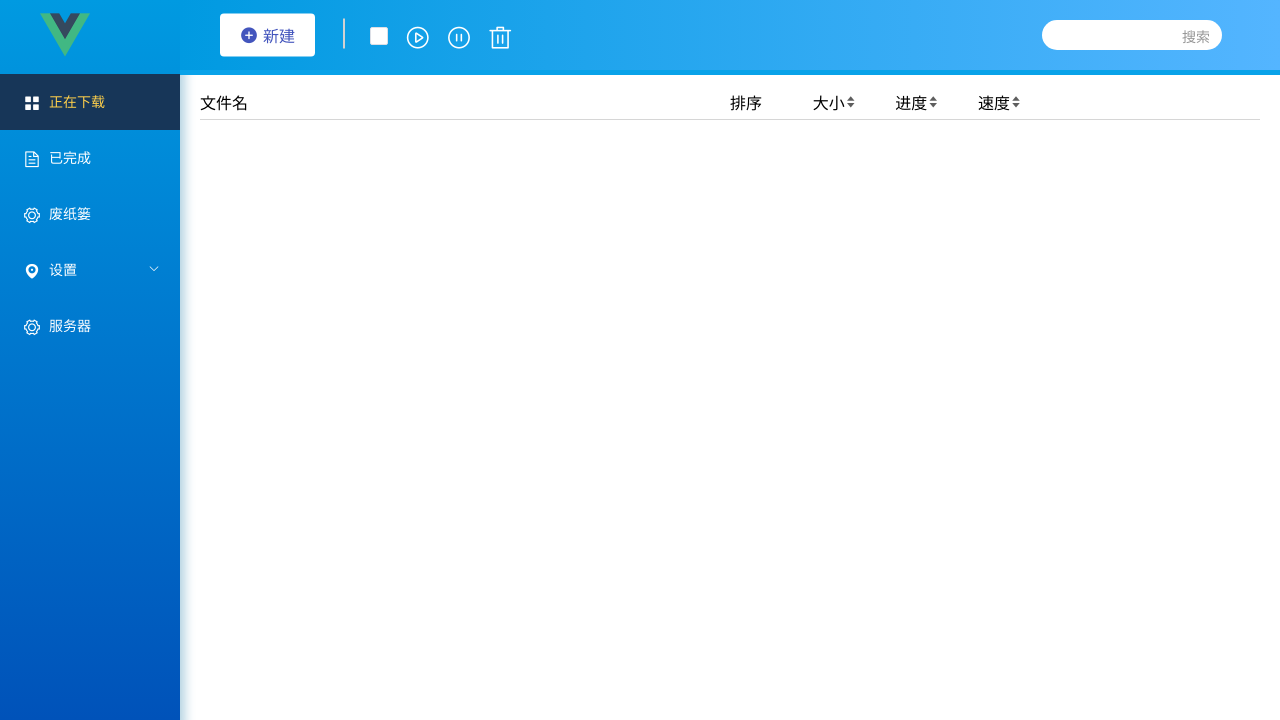
Repository: Ahui-qn/Aria2
Page: /
The author's editor kept a copy of each file at every save. The page is drawn from the files as they stood at one save, then again after the next save.
The browser window is 1280 px wide. The pictures show the whole page.
The page's requests for data from a server got no answer. The project was rebuilt for these pictures with package versions that can differ from the ones it lists, and the page was loaded fresh each time. No one was signed in, and anything a server would have sent is missing. Also part of the build but not shown: src/components/Tables.vue.

Above is the page before, as saved 2021-11-03 11:29:44.

After the next save:
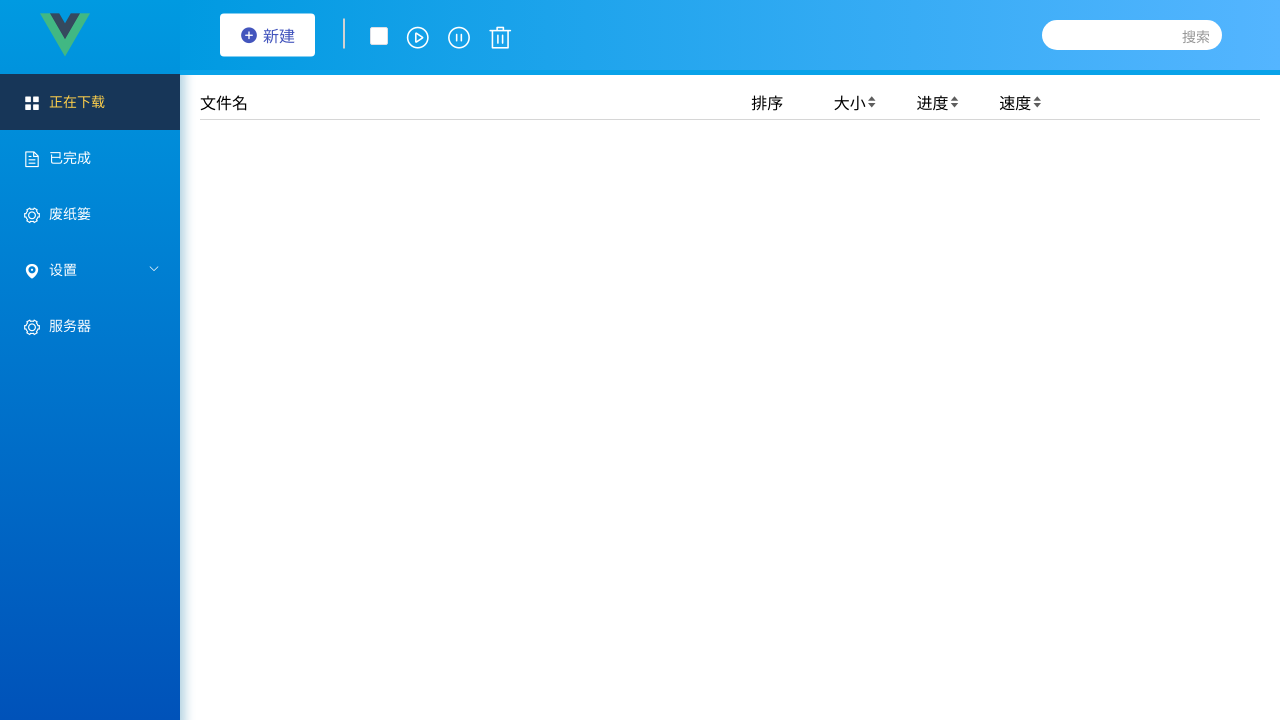
Saved 20 s later.
--- a/src/components/Header.vue
+++ b/src/components/Header.vue
@@ -9,7 +9,7 @@
             float: right;
             position: absolute;
             top: 0;
-            left: 50%;
+            left: 52%;
             display: flex;
             width: 280px;
             justify-content: space-between;
